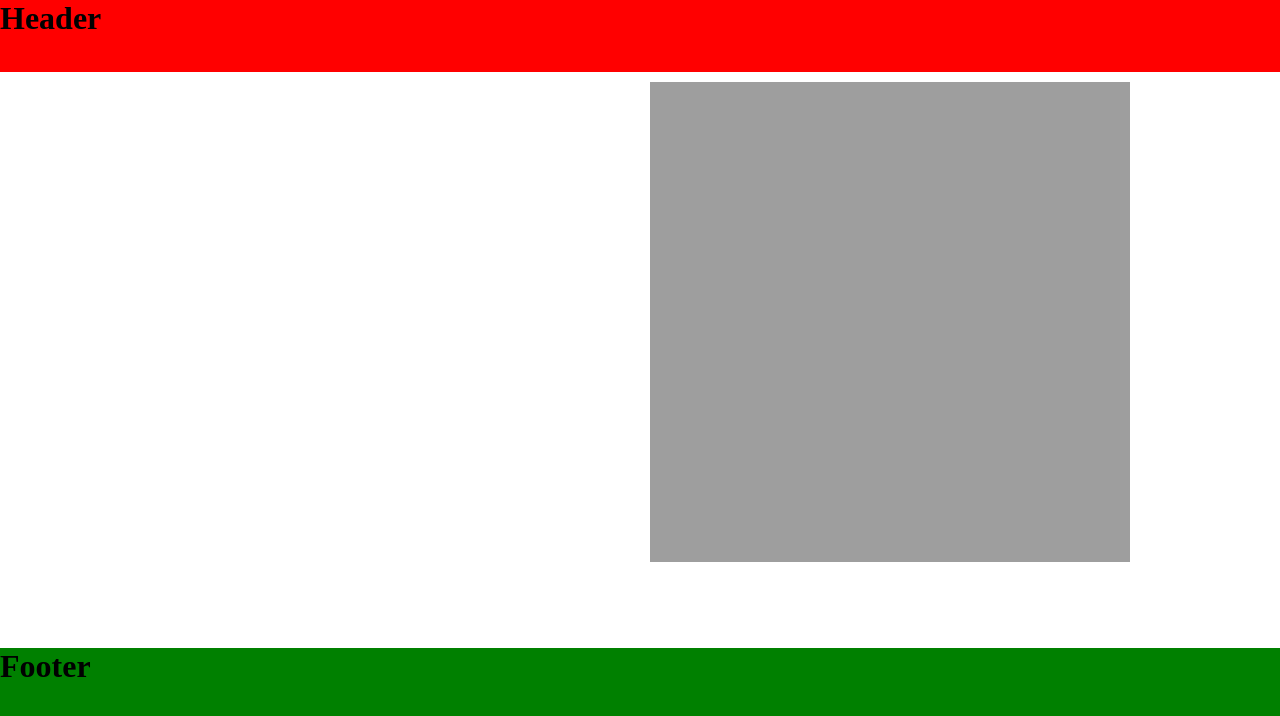
Repository: jameswilky/chess
Page: index.html
The author's editor kept a copy of each file at every save. The page is drawn from the files as they stood at one save, then again after the next save.
The browser window is 1280 px wide. The pictures show the whole page.

Above is the page before, as saved 2018-11-22 08:33:19.

### index.html
<!DOCTYPE html>
<html>

<head>
    <meta charset="utf-8" />
    <title>Chess</title>
    <link href="style.css" rel="stylesheet">
</head>

<body>

    <div class="wrapper">
        <header>
            <h1>Header</h1>

        </header>
    </div>
    <div class="main">
        <div class="game">
            <canvas id="board"></canvas>
            <canvas id="markers"></canvas>
            <canvas id="chessmen_layer"></canvas>
        </div>
    </div>
    <footer>
        <h1>Footer</h1>
    </footer>
    </div>





</body>

<script src="board.js"></script>
<script src="chessmen.js"></script>
<script src="mouse.js"></script>
<script src="game.js"></script>

</html>

### style.css
* {
  padding: 0;
  margin: 0;
}

.main{
 position: absolute;
 top: 10%;
 bottom: 100px;
 left: 50%;
 margin: 10px;
}

.game{
  position: absolute;
  height: 480px;
  width: 480px;
}

#board {
  left : 0; z-index:0; position: absolute;
}

#markers {
  left : 0; z-index:0; position: absolute;
}

#chessmen_layer {
 left : 0; z-index:1; position: absolute;
}

header{
  position: absolute;
  background-color: red;
  top:0;
  right: 0;
  left: 0;
  height: 10%;
}

footer{
  position: absolute;
  z-index: 3;
  right: 0;
  left: 0;
  background-color: green;
  height: 10%;
  bottom: 0;
}

### board.js
//Define globals
const WIDTH = 480;
const HEIGHT = 480;
const N = 8;
const TILE_SIZE = HEIGHT / N; // 60

//Define board canvas
const board = document.getElementById("board");
const board_ctx = board.getContext("2d");
board.height = HEIGHT;
board.width = WIDTH;
let primary_color = "#a87e2b";
let secondary_color = "#ffdf9e";

//Define marker layer
const markers = document.getElementById("markers");
const markers_ctx = markers.getContext("2d");
markers.height = HEIGHT;
markers.width = WIDTH;

//Define chessmen layer
const chessmen_layer = document.getElementById("chessmen_layer");
const chessmen_ctx = chessmen_layer.getContext("2d");
chessmen_layer.height = HEIGHT;
chessmen_layer.width = WIDTH;

//Used for drawing
function drawRect(ctx, x, y, color) {
  ctx.beginPath();
  ctx.rect(x, y, TILE_SIZE, TILE_SIZE);
  ctx.fillStyle = color;
  ctx.fill();
  ctx.closePath();
}

function initialize_board() {
  // Initialize graphical and logical board
  let i, j, x, y = 0;
  let prev_color;
  for (i = 0; i < N; i++) {
    y = TILE_SIZE * i;
    if (i % 2 == 0) { //If even, start with a black grid
      prev_color = secondary_color;
    }
    else { //If odd, start with a #ffcf7c grid
      prev_color = primary_color;
    }
    for (j = 0; j < N; j++) {
      x = TILE_SIZE * j;

      if (prev_color == primary_color) { //If last block black, make this block #ffcf7c
        prev_color = secondary_color;
      }
      else if (prev_color == secondary_color) { //If last block #ffcf7c, make this block black
        prev_color = primary_color;
      }
      drawRect(board_ctx, x, y, prev_color);

    }
  }
}

### chessmen.js
let chessmen = []; // Hold living chest piece objects

// Populate list of current chess pieces
function init_chessmen(items) {
  for (let id = 0; id < items.length; id++) {
    chessmen[id] = new Chessman(id, items[id].type, items[id].row, items[id].col, items[id].faction);
    chessmen[id].render(chessmen_ctx);
  }
}

//Chest piece constructor
function Chessman(id, type, row, col, faction) {
  this.name = type + "_" + faction + "_" + id;
  this.id = id;
  this.type = type;
  this.position = {
    logical: { col: col, row: row },
    graphical: { //calculate position of chest piece
      x: (col * TILE_SIZE), y: (row * TILE_SIZE)
    }
  }
  this.faction = faction;
  this.sprite = "/images/" + type + "_" + faction + ".png";
  this.options = []; // holds objects containing possible locations to move
  this.render = function () {
    //Draws the chest piece
    let img = new Image();
    let x = this.position.graphical.x;
    let y = this.position.graphical.y;
    console.log(x, y)

    img.onload = function () {
      //Loads when img.src is called
      chessmen_ctx.beginPath();
      chessmen_ctx.drawImage(img, x, y);
      chessmen_ctx.closePath();
    }
    img.src = this.sprite;
  }
  this.derender = function () {
    chessmen_ctx.beginPath();
    chessmen_ctx.clearRect(this.position.graphical.x, this.position.graphical.y, TILE_SIZE, TILE_SIZE);
    chessmen_ctx.closePath();
  }
  this.calculate_movement_options = function () {
    //This function is used to determine the coordinates of each possible move for a selected tile
    this.options = []; //clear last options
    let j = 0;
    let i = 0; //used to iterate through list of options
    //console.log(type, faction, row, col)
    let r = this.position.logical.row;
    let c = this.position.logical.col;

    let options = this.options;

    function check_tile(row, col, diag, isPawn) {
      //diag is an optional variable for pawn sideways movement logic
      diag = diag || false;
      isPawn = isPawn || false;

      //Checks the status of the board to see if the chessman can move to selected tile

      let option = {}; //edited, used to hold {faction:faction}
      //Check tile does not exceed bounds of the board
      if (row > 7 || row < 0 || col > 7 || col < 0) {
        return false;
      }

      //Check if target tile contains a chessman of same faction
      let isFriendly = false;
      let isEnemy = false;

      chessmen.forEach(chessman => {
        if (chessman.position.logical.row == row && chessman.position.logical.col == col) { //Check if position is occupied
          if (chessman.faction == faction) {
            isFriendly = true;
          }
          else { //tile is occupied by enemy
            isEnemy = true;
          }
          option.contains = chessman;
        }
      })

      //pawn logic
      if (diag && isEnemy) {
        option.row = row;
        option.col = col;
        options[i] = option;
        i++;
      }
      if (diag && !isEnemy) {
        return
      }

      //if tile does not contain friendly chessmen, or if its an enemy create new option
      if (!isFriendly || isEnemy) {
        option.row = row;
        option.col = col;
        options[i] = option;
        i++;
      }
      return isFriendly || isEnemy;

    }

    if (this.type == "pawn") {
      if (this.faction == "black") {
        check_tile(r + 1, c);//south
        check_tile(r + 1, c + 1, true) // south East
        check_tile(r + 1, c - 1, true) //south West
        if (this.nMoves == 0) {
          check_tile(r + 2, c); //Extra move on first turn
        }
      }
      if (this.faction == "white") {
        check_tile(r - 1, c); //north
        check_tile(r - 1, c + 1, true) // North East
        check_tile(r - 1, c - 1, true) //North West
        if (this.nMoves == 0) {
          check_tile(r - 2, c); //Extra move on first turn
        }
      }
    }
    if (this.type == "rook") {
      for (j = 0; j < N; j++) {// South
        if (check_tile(r + j + 1, c) == true) break
      }
      for (j = 0; j < N; j++) {// East
        if (check_tile(r, c + j + 1) == true) break
      }
      for (j = 0; j < N; j++) {// North
        if (check_tile(r - j - 1, c) == true) break
      }
      for (j = 0; j < N; j++) {// West
        if (check_tile(r, c - j - 1) == true) break
      }
    }
    if (this.type == "bishop") {
      for (j = 0; j < N; j++) { // South East
        if (check_tile(r + 1 + j, c + 1 + j) == true) break
      }
      for (j = 0; j < N; j++) { // South West
        if (check_tile(r + 1 + j, c - 1 - j) == true) break
      }
      for (j = 0; j < N; j++) { // North East
        if (check_tile(r - 1 - j, c + 1 + j) == true) break
      }
      for (j = 0; j < N; j++) { // North west
        if (check_tile(r - 1 - j, c - 1 - j) == true) break
      }
    }
    if (this.type == "queen") {
      for (j = 0; j < N; j++) { // South East
        if (check_tile(r + 1 + j, c + 1 + j) == true) break
      }
      for (j = 0; j < N; j++) { // South West
        if (check_tile(r + 1 + j, c - 1 - j) == true) break
      }
      for (j = 0; j < N; j++) { // North East
        if (check_tile(r - 1 - j, c + 1 + j) == true) break
      }
      for (j = 0; j < N; j++) { // North west
        if (check_tile(r - 1 - j, c - 1 - j) == true) break
      }
      for (j = 0; j < N; j++) {// South
        if (check_tile(r + j + 1, c) == true) break
      }
      for (j = 0; j < N; j++) {// East
        if (check_tile(r, c + j + 1) == true) break
      }
      for (j = 0; j < N; j++) {// North
        if (check_tile(r - j - 1, c) == true) break
      }
      for (j = 0; j < N; j++) {// West
        if (check_tile(r, c - j - 1) == true) break
      }
    }
    if (this.type == "king") {
      check_tile(r + 1, c + 1) //South East
      check_tile(r + 1, c - 1) //South West
      check_tile(r - 1, c + 1) // North East
      check_tile(r - 1, c - 1) //North West
      check_tile(r + 1, c) //south
      check_tile(r, c + 1) //east
      check_tile(r - 1, c) //north
      check_tile(r, c - 1) //west

    }
    if (this.type == "knight") {
      // Check each tile in clockwise order
      check_tile(r - 2, c + 1)
      check_tile(r - 1, c + 2)
      check_tile(r + 1, c + 2)
      check_tile(r + 2, c + 1)
      check_tile(r + 2, c - 1)
      check_tile(r + 1, c - 2)
      check_tile(r - 1, c - 2)
      check_tile(r - 2, c - 1)
    }

    //return array of options containing locations to highlight

  }
  this.show_movement_options = function () {
    this.options.forEach(option => {
      //Represent each available movement option with a highlighted tile
      drawRect(markers_ctx, (option.col * TILE_SIZE), (option.row * TILE_SIZE), "#635e55");
    })
  }
  this.hover = false;
  this.isKing = false;
  if (this.type == "king") {
    this.isKing = true;
  }

  this.nMoves = 0;
  this.points;
  if (this.type == "king") {
    this.points = 10;
  }
  if (this.type == "queen") {
    this.points = 9;
  }
  if (this.type == "bishop") {
    this.points = 3;
  }
  if (this.type == "knight") {
    this.points = 3;
  }
  if (this.type == "rook") {
    this.points = 5;
  }
  if (this.type == "pawn") {
    this.points = 1;
  }

  //Update graphical and logical position
  this.moveTo = function (col, row) {


    function moveIsValid(r1, r2, c1, c2, options) {
      let valid = false;

      if ((r1 == r2) && (c1 == c2)) {
        // if logical position is the same, no move was made
        valid = false;
      }
      options.forEach(option => {
        if (option.row == r2 && option.col == c2) {
          //todo check faction
          valid = true;
        }
      })
      return valid
    }

    if (moveIsValid(this.position.logical.row, row, this.position.logical.col, col, this.options)) {
      //If valid, Check if enemy chessman has been killed
      //check if desination contains an enemy
      let target = chessmen.find(chessman => {
        return (chessman.position.logical.row == row && chessman.position.logical.col == col)
      })

      // then render at new position and update logical position
      //console.log("Changed position of", chessman, "from row:", chessman.position.logical.row, " col:", chessman.position.logical.col, " to row:", row, "col:", col)

      this.derender(); //De render previous position
      this.position.logical.col = col;
      this.position.logical.row = row;
      this.position.graphical.x = this.position.logical.col * TILE_SIZE;
      this.position.graphical.y = this.position.logical.row * TILE_SIZE;
      this.derender(); //remove any chess pieces
      this.render();

      //If destination contains emeny, remove it from list of active chessmen
      if (target) {
        chessmen.splice(chessmen.indexOf(target), 1);
      }

      this.nMoves++; //used to testing if pawn is moved
      // // trigger movement event
      let event = new CustomEvent('moved');
      document.dispatchEvent(event);
    }
    else {
      //re-render original position
      this.render();
    }
  }
}

// Update location of chest pieces
function render_markers() {
  //Clear all markers
  markers_ctx.clearRect(0, 0, HEIGHT, WIDTH);

  //find chessman that matches mouse location and show movement markers
  chessmen.forEach(chessman => {
    if (chessman.hover == true) {
      chessman.show_movement_options();
    }
  });


}

### mouse.js
let dragging = false;
let selector = document.createElement("img");
;

selector.ondragstart = function () {
  return false;
};

//Compare two row/col coordinates
function coordsMatch(coord, piece) {
  let xmin = piece.x;
  let xmax = piece.x + TILE_SIZE;

  let ymin = piece.y;
  let ymax = piece.y + TILE_SIZE;

  if (
    (coord.x >= xmin) &&
    (coord.x < xmax) &&
    (coord.y >= ymin) &&
    (coord.y < ymax)
  ) {
    return true
  }
}

//Listen for when we hover over a chest piece, then draw the movement options
chessmen_layer.addEventListener('mousemove', (e) => {
  if (dragging == false) {
    let pos = {
      x: e.clientX,
      y: e.clientY
    };
    //Check all chessmen and check if clicked location matches a chessman location
    chessmen.forEach(chessman => {
      if (coordsMatch(pos, chessman.position.graphical)) {
        //If true, select that chessman
        chessman.hover = true;
      }
      else {
        //Otherwise, that chessman was not selected
        chessman.hover = false;
      }
    })
    render_markers();
  }
})

//Click and drag chessmen
chessmen_layer.addEventListener('mousedown', (e) => {

  dragging = true; //stop markers rendering while dragging pieces
  let pos = {
    x: e.clientX,
    y: e.clientY
  }
  //Check all chessmen and check if clicked location matches a chessman location
  chessmen.forEach(chessman => {
    if (coordsMatch(pos, chessman.position.graphical)) {
      if (chessman.faction == "black") {
        dragging = false;
        return
      }
      //If true, derender chessman from chessman_layer, and redraw on selector layer
      chessman.derender();

      //draw selector
      selector.style.position = 'absolute';
      selector.src = chessman.sprite;
      selector.id = 'selector';
      document.body.append(selector);

      //center selector at mouse locaiton
      moveAt(pos.x, pos.y);

      function moveAt(x, y) {
        selector.style.left = x - TILE_SIZE / 2 + 'px';
        selector.style.top = y - TILE_SIZE / 2 + 'px';
      }

      function onMouseMove(moveEvent) {
        moveAt(moveEvent.clientX, moveEvent.clientY);
      }

      // selector will follow mouse on movement
      document.addEventListener('mousemove', onMouseMove);


      // drop the selector, remove unneeded handlers
      chessmen_layer.onmouseup = function (upevent) {
        document.removeEventListener('mousemove', onMouseMove);

        //clear selector
        selector.src = ""
        // console.log("before", document.getElementById('selector'))
        // document.body.removeChild(document.getElementById('selector'))
        // console.log("after", document.getElementById('selector'))

        //convert mouse pos to a row/col logical value
        let dest = {
          x: Math.trunc(upevent.clientX / TILE_SIZE),
          y: Math.trunc(upevent.clientY / TILE_SIZE)
        }

        //console.log("Event 1")
        dragging = false; // allow marker rendering to continue
        chessmen_layer.onmouseup = null;
        //Update chessman logical location and snap to grid
        chessman.moveTo(dest.x, dest.y)
      };
    }
  })
})

### game.js
//Initialize default locations
let default_locations = [
  { tile: 0, type: "rook", row: 0, col: 0, faction: "black" },
  { tile: 1, type: "knight", row: 0, col: 1, faction: "black" },
  { tile: 2, type: "bishop", row: 0, col: 2, faction: "black" },
  { tile: 3, type: "king", row: 0, col: 3, faction: "black" },
  { tile: 4, type: "queen", row: 0, col: 4, faction: "black" },
  { tile: 5, type: "bishop", row: 0, col: 5, faction: "black" },
  { tile: 6, type: "knight", row: 0, col: 6, faction: "black" },
  { tile: 7, type: "rook", row: 0, col: 7, faction: "black" },
  { tile: 8, type: "pawn", row: 1, col: 0, faction: "black" },
  { tile: 9, type: "pawn", row: 1, col: 1, faction: "black" },
  { tile: 10, type: "pawn", row: 1, col: 2, faction: "black" },
  { tile: 11, type: "pawn", row: 1, col: 3, faction: "black" },
  { tile: 12, type: "pawn", row: 1, col: 4, faction: "black" },
  { tile: 13, type: "pawn", row: 1, col: 5, faction: "black" },
  { tile: 14, type: "pawn", row: 1, col: 6, faction: "black" },
  { tile: 15, type: "pawn", row: 1, col: 7, faction: "black" },

  { tile: 48, type: "pawn", row: 6, col: 0, faction: "white" },
  { tile: 49, type: "pawn", row: 6, col: 1, faction: "white" },
  { tile: 50, type: "pawn", row: 6, col: 2, faction: "white" },
  { tile: 51, type: "pawn", row: 6, col: 3, faction: "white" },
  { tile: 52, type: "pawn", row: 6, col: 4, faction: "white" },
  { tile: 53, type: "pawn", row: 6, col: 5, faction: "white" },
  { tile: 54, type: "pawn", row: 6, col: 6, faction: "white" },
  { tile: 55, type: "pawn", row: 6, col: 7, faction: "white" },
  { tile: 56, type: "rook", row: 7, col: 0, faction: "white" },
  { tile: 57, type: "knight", row: 7, col: 1, faction: "white" },
  { tile: 58, type: "bishop", row: 7, col: 2, faction: "white" },
  { tile: 59, type: "king", row: 7, col: 3, faction: "white" },
  { tile: 60, type: "queen", row: 7, col: 4, faction: "white" },
  { tile: 61, type: "bishop", row: 7, col: 5, faction: "white" },
  { tile: 62, type: "knight", row: 7, col: 6, faction: "white" },
  { tile: 63, type: "rook", row: 7, col: 7, faction: "white" },

]

let turn = 0;
let IsWhiteTurn = false;
let IsBlackTurn = false;
let game = true;
let AIOptions = [];


function set_turn() {
  if (turn % 2 == 0) {
    IsWhiteTurn = true;
    IsBlackTurn = false;
    //console.log("White players turn")
  }
  else {
    IsBlackTurn = true;
    IsWhiteTurn = false;
    //console.log("Black players turn")
  }
  turn += 1;
}

function determineAIOptions() {
  let AIOptions = [];
  let i = 0;
  chessmen.forEach(chessman => {
    if (chessman.faction == 'black') {
      chessman.options.forEach(option => {
        let AIOption = {}; //dereference object
        AIOption.row = option.row;
        AIOption.col = option.col;
        if (option.contains) {
          AIOption.points = option.contains.points;
        }
        AIOption.chessman = chessman;
        AIOptions[i] = AIOption;
        i++;
      })
    }
  })
  return AIOptions;

}

function AIMove(options) {
  let max = 0;
  let choice = {};
  options.forEach(option => {
    if (option.points) {
      if (option.points > max) {
        max = option.points;
        choice = option;
      }
    }
  })
  if (max == 0) {
    choice = options[Math.floor(Math.random() * options.length)];  //Return a random choice
  }
  choice.chessman.moveTo(choice.col, choice.row)
  //calculate AI
}


//Set up board
initialize_board();
init_chessmen(default_locations);
chessmen.forEach(chessman => {
  chessman.calculate_movement_options();
})
set_turn();
function checkKing() {
  let kings = chessmen.filter(chessman => chessman.isKing == true)
  if (kings.length == 1) {
    alert(kings[0].faction + " Wins!!!")
  }
}

// Listen for movement
document.addEventListener('moved', function (event) {
  //check if king died last turn;
  checkKing();
  set_turn();
  //Calculate new movement positiifons
  chessmen.forEach(chessman => {
    chessman.calculate_movement_options();
  })

  if (IsBlackTurn) {
    //Run black turn AI
    chessmen.forEach(chessman => {
      chessman.calculate_movement_options(); //assign new options
    })
    AIOptions = determineAIOptions();
    AIMove(AIOptions);
  }
}, false);

After the next save:
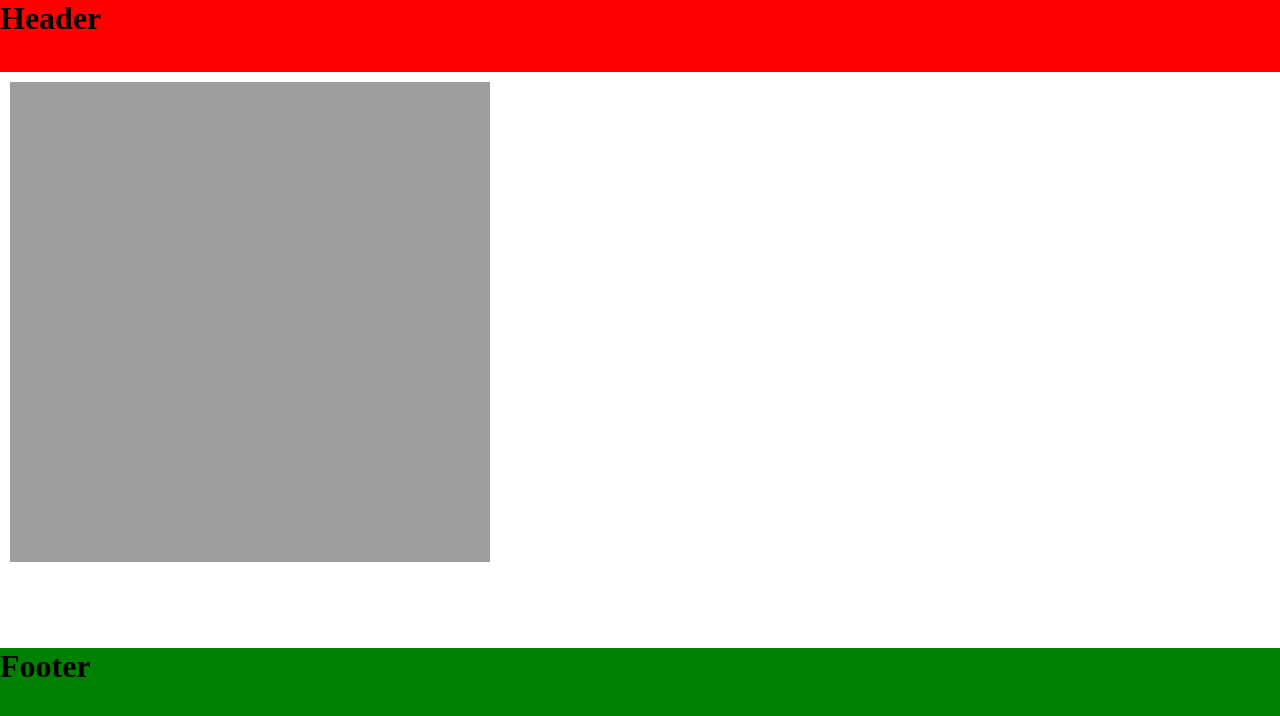
Saved 4 s later.
--- a/style.css
+++ b/style.css
@@ -7,7 +7,6 @@
  position: absolute;
  top: 10%;
  bottom: 100px;
- left: 50%;
  margin: 10px;
 }
 
